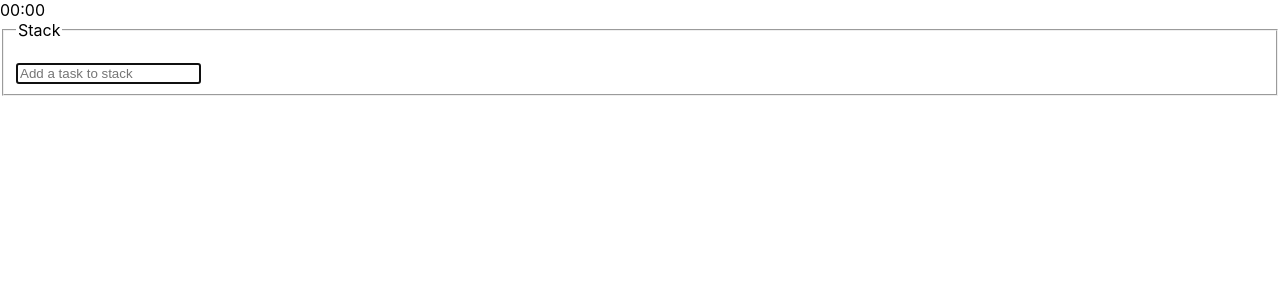
Repository: litalsh/Meeting-Managment-App
Page: /
The author's editor kept a copy of each file at every save. The page is drawn from the files as they stood at one save, then again after a run of saves.
The browser window is 1280 px wide. The pictures show the whole page.
The project was rebuilt for these pictures with package versions that can differ from the ones it lists, and the page was loaded fresh each time. Also part of the build but not shown: src/App.css, src/components/Task/Task.js, src/components/Stack/Stack.css.

Above is the page before, as saved 2021-01-10 11:41:50.

After the next 3 saves:
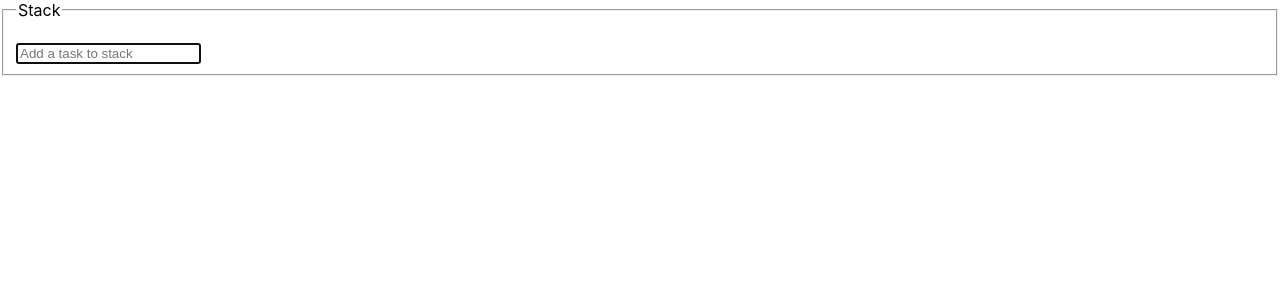
The 3 saves are shown as one change because 2 did not build or start.
The last was saved 36 s later.
--- a/src/App.js
+++ b/src/App.js
@@ -5,20 +5,9 @@
 
 
 function App() {
-  const [globalTimer, setGlobalTimer] = useState(0);
-  let minutes = Math.floor(globalTimer / 60);
-  let seconds = Math.abs(globalTimer % 60);
-  minutes = minutes.toString().length === 1 ? "0" + minutes : minutes;
-  seconds = seconds.toString().length === 1 ? "0" + seconds : seconds;
 
-  useEffect(() => {
-    const id = window.setInterval(() => {
-      setGlobalTimer(globalTimer => globalTimer = globalTimer + 30);
-    }, 30000);
-    return () => window.clearInterval(id);
-  })
   return (
-    <div className="App"> {minutes}:{seconds}
+    <div className="App">
       <MeetingContextProvider>
         <Stack />
       </MeetingContextProvider>
--- a/src/components/GlobalTime/GlobalTime.js
+++ b/src/components/GlobalTime/GlobalTime.js
@@ -1,7 +1,18 @@
 import React, { useState, useEffect } from 'react';
 
 const GlobalTime = () => {
+  const [globalTimer, setGlobalTimer] = useState(0);
+  let minutes = Math.floor(globalTimer / 60);
+  let seconds = Math.abs(globalTimer % 60);
+  minutes = minutes.toString().length === 1 ? "0" + minutes : minutes;
+  seconds = seconds.toString().length === 1 ? "0" + seconds : seconds;
 
+  useEffect(() => {
+    const id = window.setInterval(() => {
+      setGlobalTimer(globalTimer => globalTimer = globalTimer + 30);
+    }, 30000);
+    return () => window.clearInterval(id);
+  })
 
   return (  );
 }

After the 2 saves that followed:
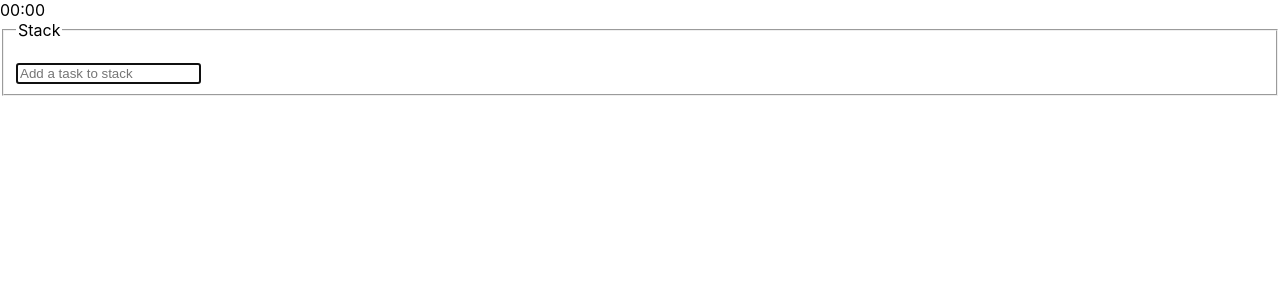
The 2 saves are shown as one change because 1 left the picture as it was.
The last was saved 90 s later.
--- a/src/App.js
+++ b/src/App.js
@@ -1,6 +1,7 @@
 import './App.css';
 import React, { useState, useEffect } from 'react';
 import Stack from './components/Stack/Stack';
+import GlobalTime from './components/GlobalTime/GlobalTime';
 import MeetingContextProvider from './Context/store';
 
 
@@ -9,6 +10,7 @@
   return (
     <div className="App">
       <MeetingContextProvider>
+        <GlobalTime />
         <Stack />
       </MeetingContextProvider>
     </div>
--- a/src/components/GlobalTime/GlobalTime.js
+++ b/src/components/GlobalTime/GlobalTime.js
@@ -14,7 +14,9 @@
     return () => window.clearInterval(id);
   })
 
-  return (  );
+  return (
+    <div className={globalTimer}>{minutes}:{seconds}</div>
+    );
 }
 
 export default GlobalTime;
